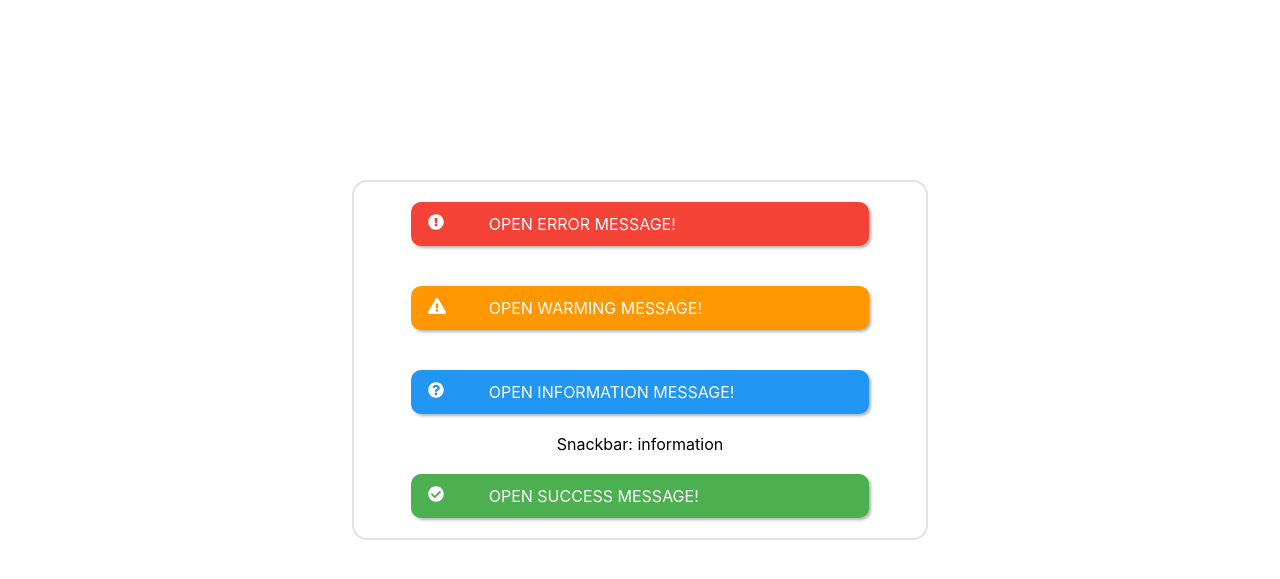
Repository: KrzysKolo/sr_tydzien5_zad2
Page: /, after clicking the first element matching `div.wrapper--btn > :nth-child(3)`
An editor plug-in stored every save of this project. The page is shown before and after the next save, followed by the edit.
The browser window is 1280 px wide. The pictures show the whole page.
The project was rebuilt for these pictures with package versions that can differ from the ones it lists, and the page was loaded fresh each time.

Above is the page before, as saved 2020-12-28 03:24:24.

### public/index.html
<!DOCTYPE html>
<html lang="en">
  <head>
    <meta charset="utf-8" />
    <link rel="icon" href="%PUBLIC_URL%/favicon.ico" />
    <meta name="viewport" content="width=device-width, initial-scale=1" />
    <meta name="theme-color" content="#000000" />
    <meta
      name="description"
      content="Web site created using create-react-app"
    />
    <link rel="apple-touch-icon" href="%PUBLIC_URL%/logo192.png" />
    <!--
      manifest.json provides metadata used when your web app is installed on a
      user's mobile device or desktop. See https://developers.google.com/web/fundamentals/web-app-manifest/
    -->
    <link rel="manifest" href="%PUBLIC_URL%/manifest.json" />
    <!--
      Notice the use of %PUBLIC_URL% in the tags above.
      It will be replaced with the URL of the `public` folder during the build.
      Only files inside the `public` folder can be referenced from the HTML.

      Unlike "/favicon.ico" or "favicon.ico", "%PUBLIC_URL%/favicon.ico" will
      work correctly both with client-side routing and a non-root public URL.
      Learn how to configure a non-root public URL by running `npm run build`.
    -->
    <title>Zad 2 - snackbar</title>
  </head>
  <body>
    <noscript>You need to enable JavaScript to run this app.</noscript>
    <div id="root"></div>
    <!--
      This HTML file is a template.
      If you open it directly in the browser, you will see an empty page.

      You can add webfonts, meta tags, or analytics to this file.
      The build step will place the bundled scripts into the <body> tag.

      To begin the development, run `npm start` or `yarn start`.
      To create a production bundle, use `npm run build` or `yarn build`.
    -->
  </body>
</html>

### src/App.js
import React from 'react';
import Buttons from './components/Buttons';
import './App.css';
const App = () => {
  return (
    <div className="wrapper--btn">
      <Buttons />
    </div>
  )
}

export default App;

### src/components/Buttons.js
import React, {useState} from 'react';
import ButtonsData from './../data/ButtonsData';
import Button from './Button';
import Snackbar from './Snackbar';

const Buttons = () => {

    return (
        <>
            {ButtonsData.map(button =>
                <Button key={button.id} data={button}/>
            )}

        </>
    )
}

export default Buttons;

### src/App.css
* {
  box-sizing: border-box;
  margin: 0;
  position: relative;
}
body {
  width: 100vw;
  height: 100vh;
  display: flex;
  flex-direction: row;
  justify-content: center;
  align-items: center;
}
.wrapper--btn {
  border: 2px solid #e3e3e3;
  border-radius: 15px;
  width: 45vw;
  display: flex;
  flex-direction: column;
  justify-content: center;
  align-items: center;
}
.btn {
  border-radius: 10px;
  color: rgb(240, 239, 244);
  cursor: pointer;
  outline: none;
  padding: 10px 15px;
  margin: 20px;
  width: 80%;
  display: grid;
  grid-template-columns: 0.5fr 3fr;
  box-shadow: 2px 2px 3px rgba(102, 102, 102, 0.5);
  transition: all 0.3s ease-in-out;
}
.error {
  color: white;
  background: rgb(244, 67, 54);
}

.success {
  color: white;
  background: rgb(76, 175, 80);
}
.informaton {
  background: rgb(33, 150, 243);
}

.warning {
  background: rgb(255, 152, 0);
  color: white;
}

### src/data/ButtonsData.js
const ButtonsData = [
    {
      id: 0,
      name: "OPEN ERROR MESSAGE!",
      color: "rgb(244, 67, 54)",
      icon: "faExclamationCircle",
      type: "error",
      message: "This is an error message!",
    },
    {
      id: 1,
      name: "OPEN WARMING MESSAGE!",
      color: "rgb(255, 152, 0)",
      icon: "faExclamationTriangle",
      type: "warning",
      message: "This is a warning message!",
    },
    {
      id: 2,
      name: "OPEN INFORMATION MESSAGE!",
      color: "rgb(33, 150, 243)",
      icon: "faQuestionCircle",
      type: "information",
      message: "This is an information message!",
    },
    {
      id: 3,
      name: "OPEN SUCCESS MESSAGE!",
      color: "rgb(76, 175, 80)",
      icon: "faCheckCircle",
      type: "success",
      message: "This is a success message!",
    },

  ]
 export default ButtonsData;

### src/components/Button.js
import React, { useState } from 'react';
import Icons from './Icons';
import Snackbar from './Snackbar';


const Button = ({data } ) => {

    const [isHover, setIsHover] = useState(false);
    const OutStyle = {
        border: `2px solid ${data.color}`,
        background: data.color,
        color: "#fff",
      };

      const OverStyle = {
        border: `2px solid ${data.color}`,
        backgroundColor: "#fff",
        color: data.color,

      };
      /*const event = data.event;
      const switchFunction = (event) => {
        switch (event) {
                case 'handleClick': handleClick(); break;
               case 'handleClickWarming': handleClickWarming(); break;
                case 'handleClickInformation': handleClickInformation(); break;
                case 'handleClickSuccess': handleClickSuccess(); break;
                default: return null;
                }
    }

     const handleClickWarming = () => {
        console.log(data.info);
    };
    const handleClickInformation = () => {
        console.log(data.info);
    };
    const handleClickSuccess = () => {
        console.log(data.info);
    }; */

    const [isShownSnackbar, setIsShownSnackbar] = useState(false);
    const handleClick = () => {

        setIsShownSnackbar(true);

    };
    return (
        <>

        <div className="btn"
        /* onClick={() => switchFunction(event)} */
        onClick={handleClick}
        style={isHover ? OverStyle : OutStyle}
        onMouseOver={() => setIsHover(true)}
        onMouseOut={() => setIsHover(false)}>
            <Icons icon={data.icon}/>
             {data.name}
        </div>
        {isShownSnackbar && <Snackbar type={data.type} />}
        </>
    )
}

export default Button;

### src/components/Snackbar.js
import React from 'react';

const Snackbar = ({type}) => {
    return (
        <div className={`${type}`}>
           Snackbar: {type}
        </div>
    )
}

export default Snackbar

### src/components/Icons.js
import React from 'react';
import { FontAwesomeIcon } from '@fortawesome/react-fontawesome';
import { faCheckCircle, faQuestionCircle, faExclamationTriangle, faExclamationCircle } from '@fortawesome/free-solid-svg-icons';

const Icons = ({icon}) => {

        switch (icon) {
            case 'faExclamationCircle': return <FontAwesomeIcon icon={faExclamationCircle} />;
            case 'faExclamationTriangle': return <FontAwesomeIcon icon={faExclamationTriangle} />;
            case 'faQuestionCircle': return <FontAwesomeIcon icon={faQuestionCircle} />;
            case 'faCheckCircle': return <FontAwesomeIcon icon={faCheckCircle} />;
            default: return null;
            }



}

export default Icons;

Loaded but not shown: src/index.js (common file); src/index.css (common file)

After the next save:
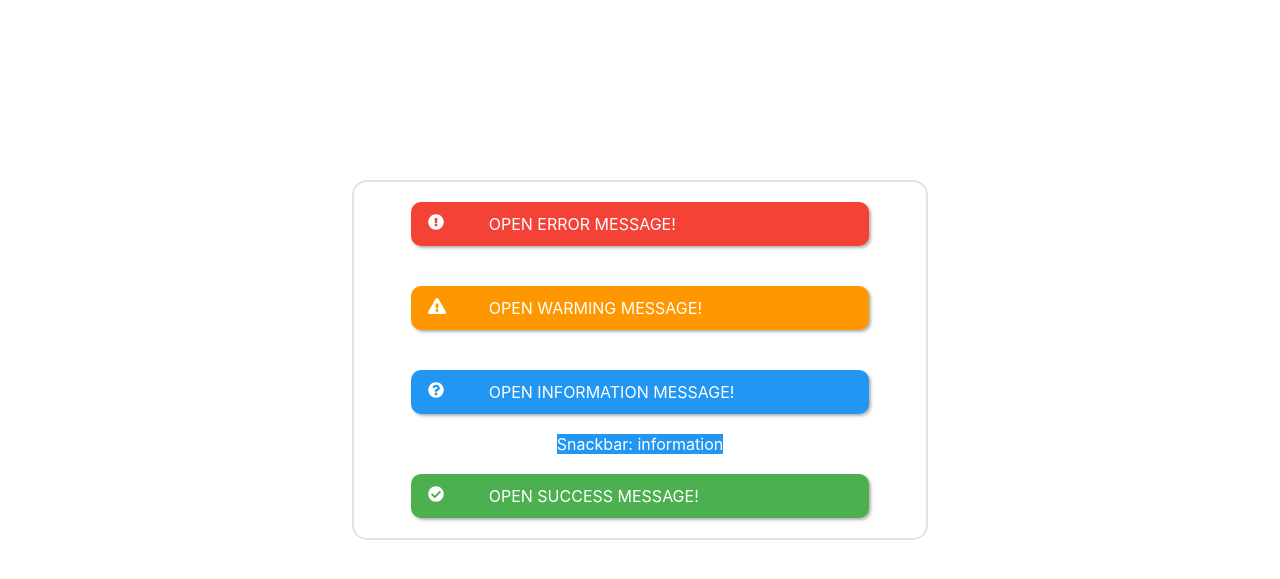
Saved 20 s later.
--- a/src/App.css
+++ b/src/App.css
@@ -42,7 +42,8 @@ body {
   color: white;
   background: rgb(76, 175, 80);
 }
-.informaton {
+.information {
+  color: white;
   background: rgb(33, 150, 243);
 }
 
